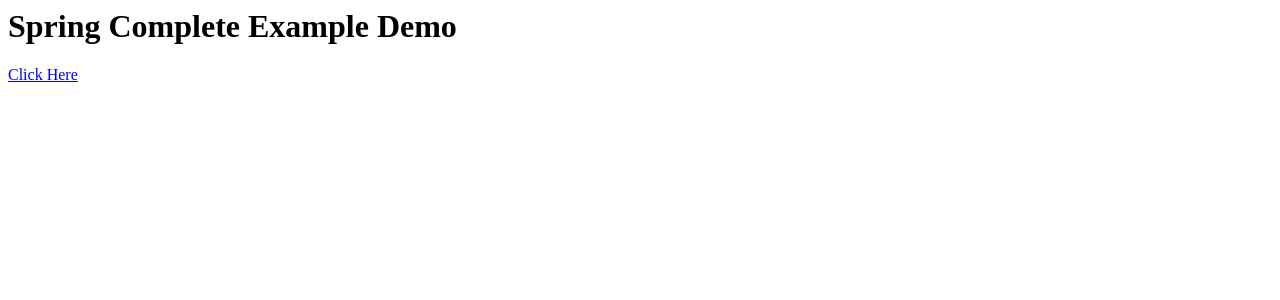
Repository: Saikumar6901/DBSTrainingModules
Page: http://localhost/HelloworldDispatcher/
These files come from the project's save history. The page is drawn as it stood at one moment and after the next save; the edit follows.
The browser window is 1280 px wide. The pictures show the whole page.
The page is served by Tomcat 9.

Above is the page before, as saved 2019-08-15 08:06:07.

After the next save:
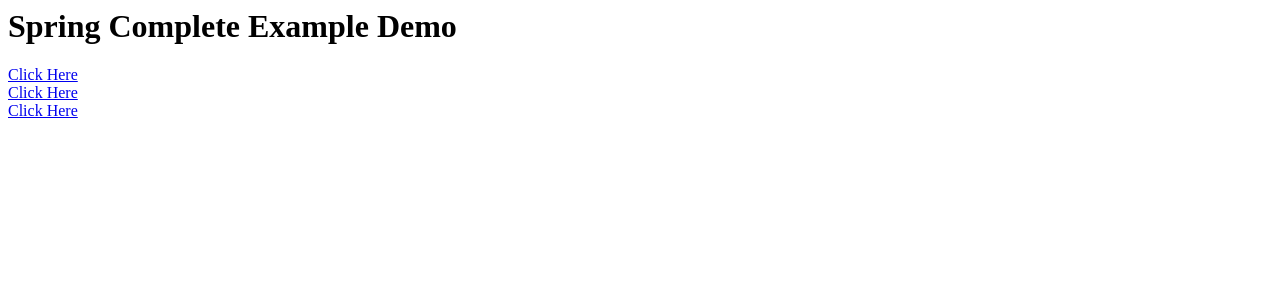
Saved 76 s later.
--- a/workspace-sts-3.9.9.RELEASE/HelloworldDispatcher/WebContent/index.jsp
+++ b/workspace-sts-3.9.9.RELEASE/HelloworldDispatcher/WebContent/index.jsp
@@ -7,7 +7,9 @@
 
  <h1>Spring Complete Example Demo</h1>
 
- <a href="hi/hello.obj?name=sangeetaJ">Click Here</a><br/>
+ <a href="helloworld/hi.obj">Click Here</a><br/>
+<a href="helloworld/name.obj?name=sangeetaJ">Click Here</a><br/>
+<a href="helloworld/independence.obj">Click Here</a><br/>
 
 
 </body>
